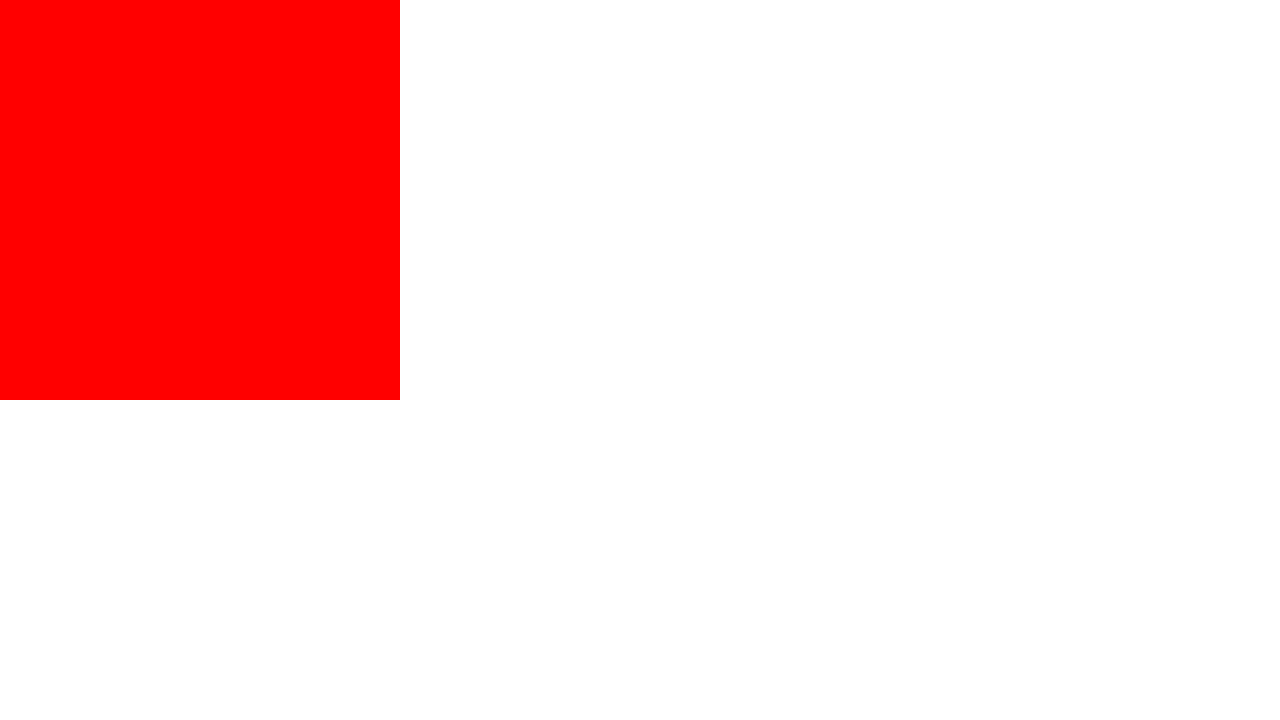
Repository: Ryszard-Penkala/Canvas-p5
Page: index.html
The author's editor kept a copy of each file at every save. The page is drawn from the files as they stood at one save, then again after the next save.
The browser window is 1280 px wide. The pictures show the whole page.
Some web libraries are served in a nearby version.

Above is the page before, as saved 2020-07-06 06:09:31.
Console error: ReferenceError: Cannot access 'myCanvas' before initialization

### index.html
<!DOCTYPE html>
<html lang="en">
<head>
    <meta charset="UTF-8">
    <meta name="viewport" content="width=device-width, initial-scale=1.0">
    <link rel="stylesheet" href="./assets/styles/style.css">
    <script src="https://cdnjs.cloudflare.com/ajax/libs/p5.js/1.0.0/p5.min.js"></script>
    <title>p5</title>
</head>
<body>
    <div class="divek" id="divek"></div>


<script src="./assets/js/index.js"></script>
</body>
</html>

### assets/styles/style.css
*,
*::before,
*::after {
  margin: 0;
  padding: 0;
  -webkit-box-sizing: border-box;
          box-sizing: border-box;
}

.divek {
  width: 400px;
  height: 400px;
  background-color: red;
}
/*# sourceMappingURL=style.css.map */

### assets/js/index.js
console.log('siema');

function setup() {
    myCanvas.parent('divek');
    let myCanvas = createCanvas(windowWidth, windowHeight);

  }

  function draw() {
    background(220);
  }

After the next save:
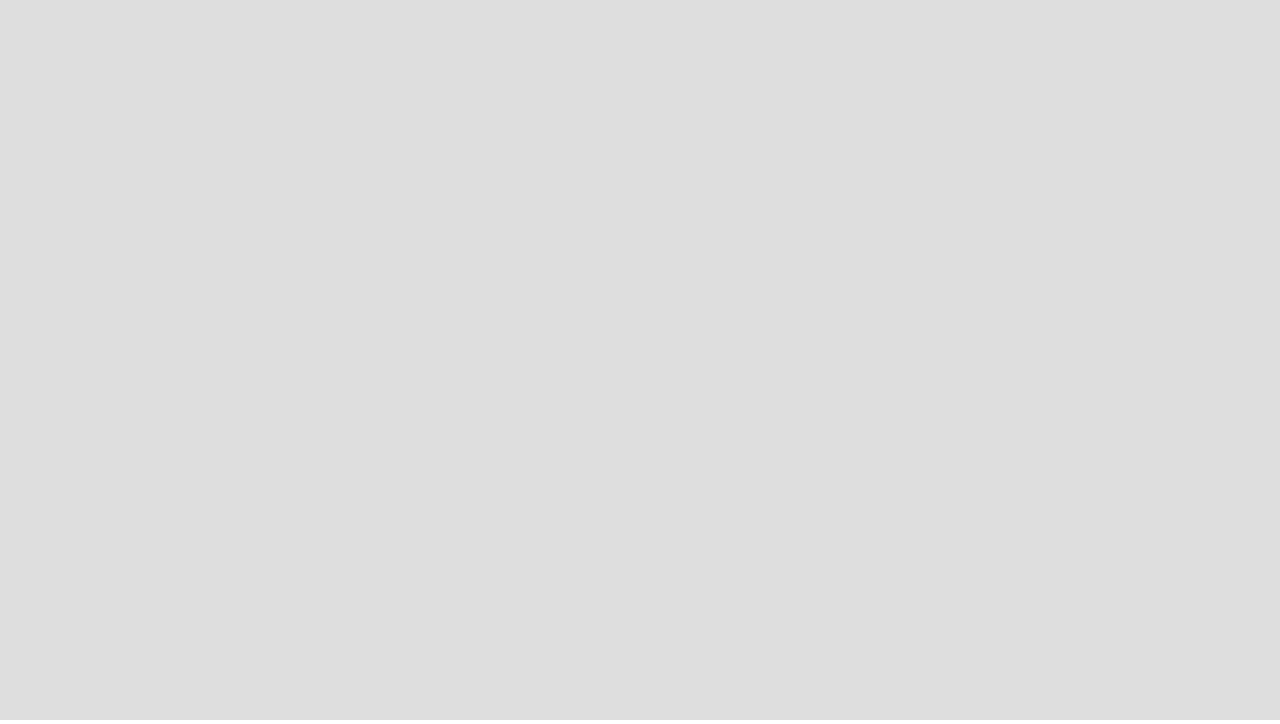
The error is gone.
Saved 51 s later.
--- a/assets/js/index.js
+++ b/assets/js/index.js
@@ -1,8 +1,8 @@
 console.log('siema');
 
 function setup() {
+    let myCanvas = createCanvas(windowWidth, windowHeight);
     myCanvas.parent('divek');
-    let myCanvas = createCanvas(windowWidth, windowHeight);
 
   }
 
